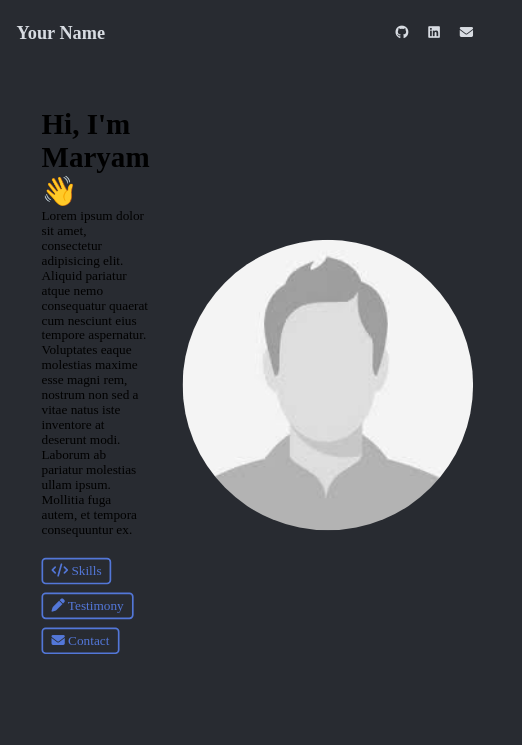
Repository: MaramMaryam/my-portfolio-test
Page: index.html
An editor plug-in stored every save of this project. The page is shown before and after a run of saves, followed by the edit.
The browser window is 600 px wide. The page is 600 px wide, then 629 px, so the pictures cover 629 px, including what lies to the right of the window. The pictures show the whole page, at 83% of full size.
Some web libraries are served in a nearby version.

Above is the page before, as saved 2024-09-17 21:28:45.

After the next 2 saves:
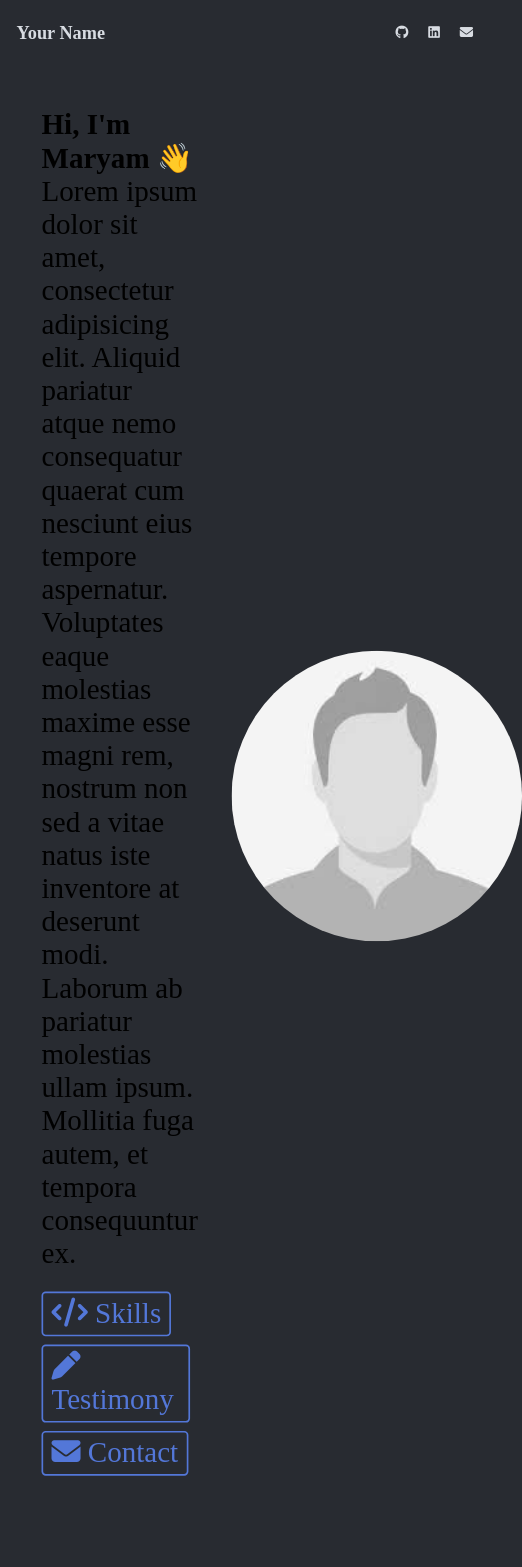
The 2 saves are shown as one change because they came seconds apart.
The last was saved 25 s later.
--- a/styles.css
+++ b/styles.css
@@ -97,7 +97,7 @@ nav .right a span {
 
 @media (max-width: 740px) {
     /* SECTION1 : HERO*/
-    .hero-section .text h2 {
+    .hero-section {
         font-size: 35px;
     }
 }
